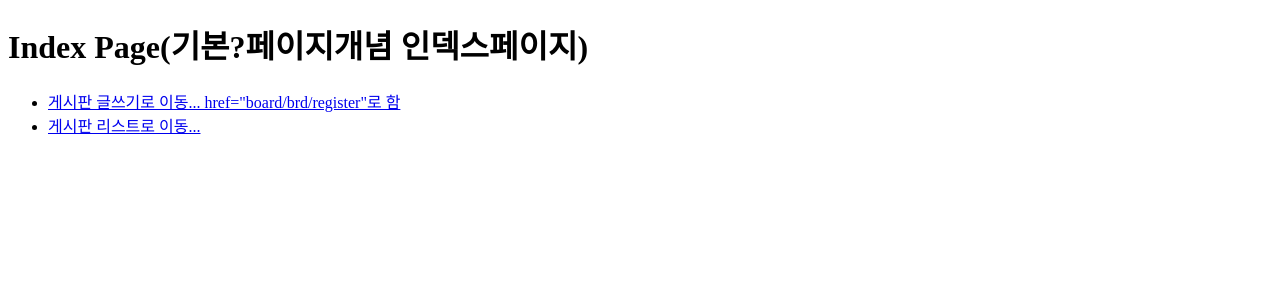
Repository: gatsby5959/_jsp_workspace_brd-mem_copy
Page: http://localhost/jsp_BoardMember/
An editor plug-in stored every save of this project. The page is shown before and after the next save, followed by the edit.
The browser window is 1280 px wide. The pictures show the whole page.
The page is served by Tomcat 9. Other server files are loaded and not shown.

Above is the page before, as saved 2023-09-07 07:41:04.

### jsp_BoardMember/src/main/webapp/index.jsp
<%@ page language="java" contentType="text/html; charset=UTF-8"
    pageEncoding="UTF-8"%>
<!DOCTYPE html>
<html>
<head>
<meta charset="UTF-8">
<title>Insert title here</title>
</head>
<body>
<h1>Index Page(기본?페이지개념 인덱스페이지)</h1>
<ul>
	<li>
		<a href="/brd/register">게시판 글쓰기로 이동...   href="board/brd/register"로 함</a>
	</li>
	<li>
		<a href="/brd/list">게시판 리스트로 이동...</a>
	</li>
</ul>
</body>
</html>

After the next save:
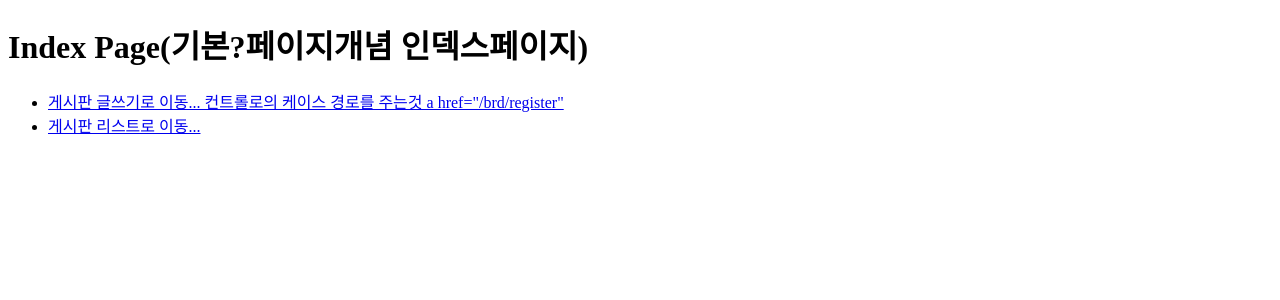
Saved 46 s later.
--- a/jsp_BoardMember/src/main/webapp/index.jsp
+++ b/jsp_BoardMember/src/main/webapp/index.jsp
@@ -10,7 +10,7 @@
 <h1>Index Page(기본?페이지개념 인덱스페이지)</h1>
 <ul>
 	<li>
-		<a href="/brd/register">게시판 글쓰기로 이동...   href="board/brd/register"로 함</a>
+		<a href="/brd/register">게시판 글쓰기로 이동...   컨트롤로의 케이스 경로를 주는것 a href="/brd/register"   </a>
 	</li>
 	<li>
 		<a href="/brd/list">게시판 리스트로 이동...</a>
